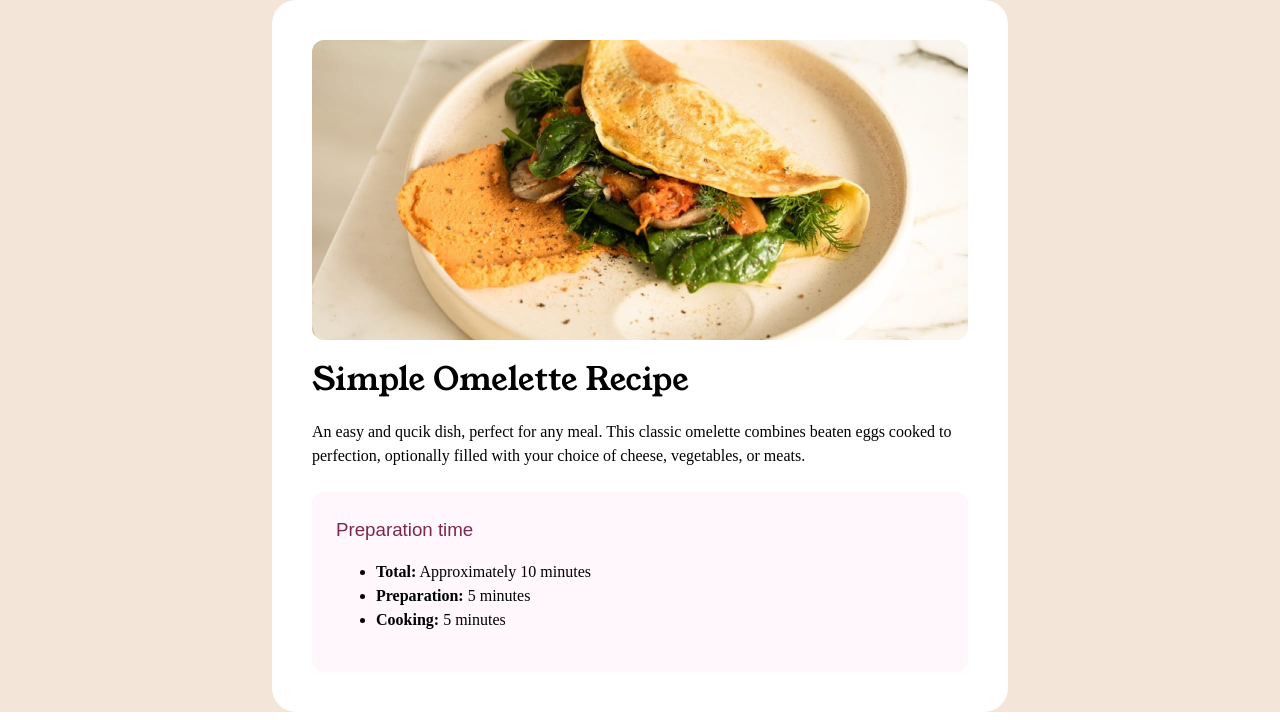
Repository: brandontaylor1/recipe-page
Page: index.html
The author's editor kept a copy of each file at every save. The page is drawn from the files as they stood at one save, then again after a run of saves.
The browser window is 1280 px wide. The pictures show the whole page.

Above is the page before, as saved 2024-12-28 22:04:24.

After the next 2 saves:
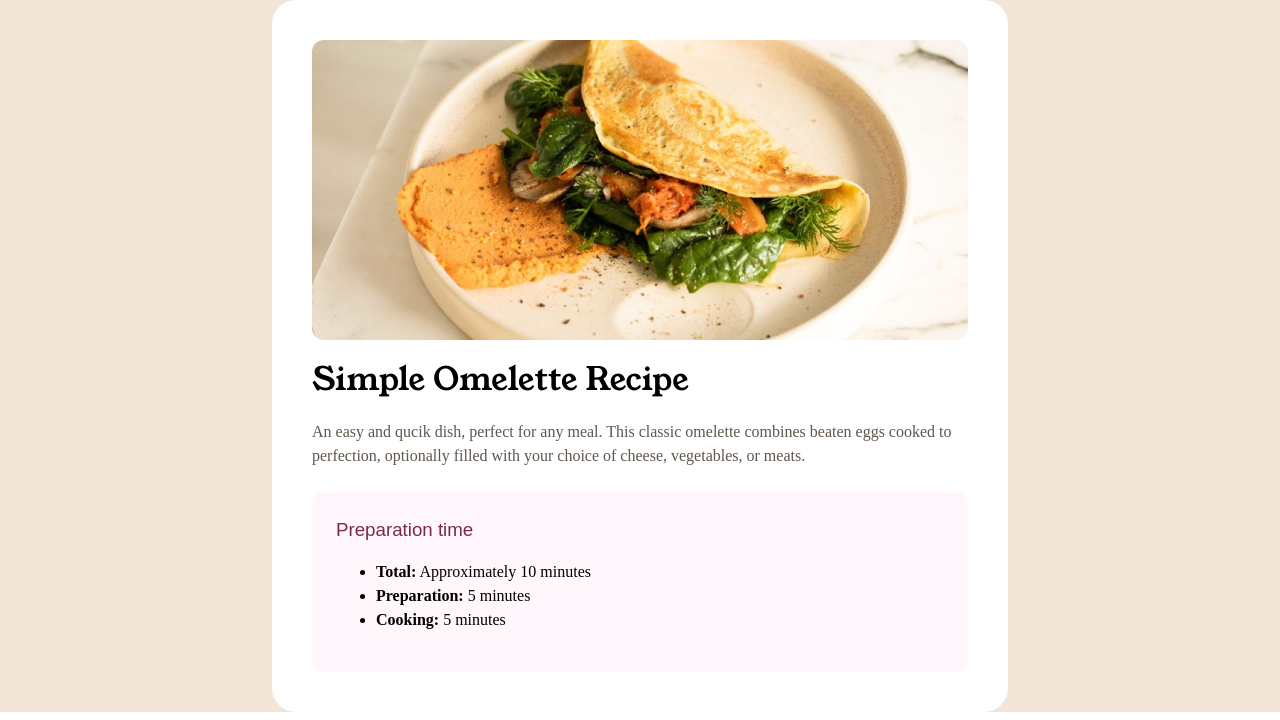
The 2 saves are shown as one change because they came seconds apart.
The last was saved 6 s later.
--- a/styles.css
+++ b/styles.css
@@ -162,7 +162,8 @@
 }
 
 .recipe-title-content p {
-    color: var(--);
+    color: var(--color-stone-600);
+
 }
 
 .preparation-container {
